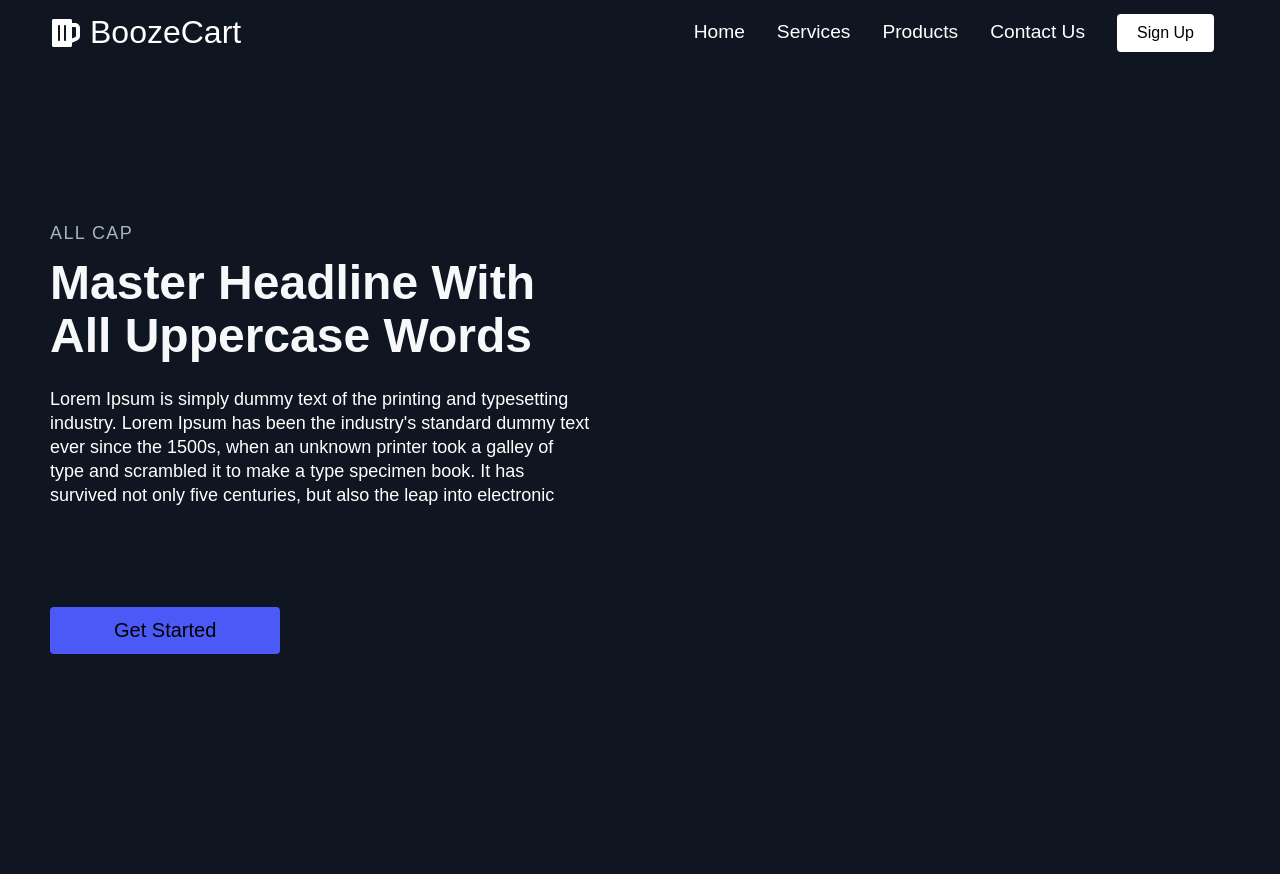
Repository: ajaygc95/Django-and-react
Page: / (app in galamart_sell/boozecart/)
An editor plug-in stored every save of this project. The page is shown before and after a run of saves, followed by the edit.
The browser window is 1280 px wide. The pictures show the whole page.
The project was rebuilt for these pictures with package versions that can differ from the ones it lists, and the page was loaded fresh each time.

Above is the page before, as saved 2021-04-13 00:10:30.

After the next 2 saves:
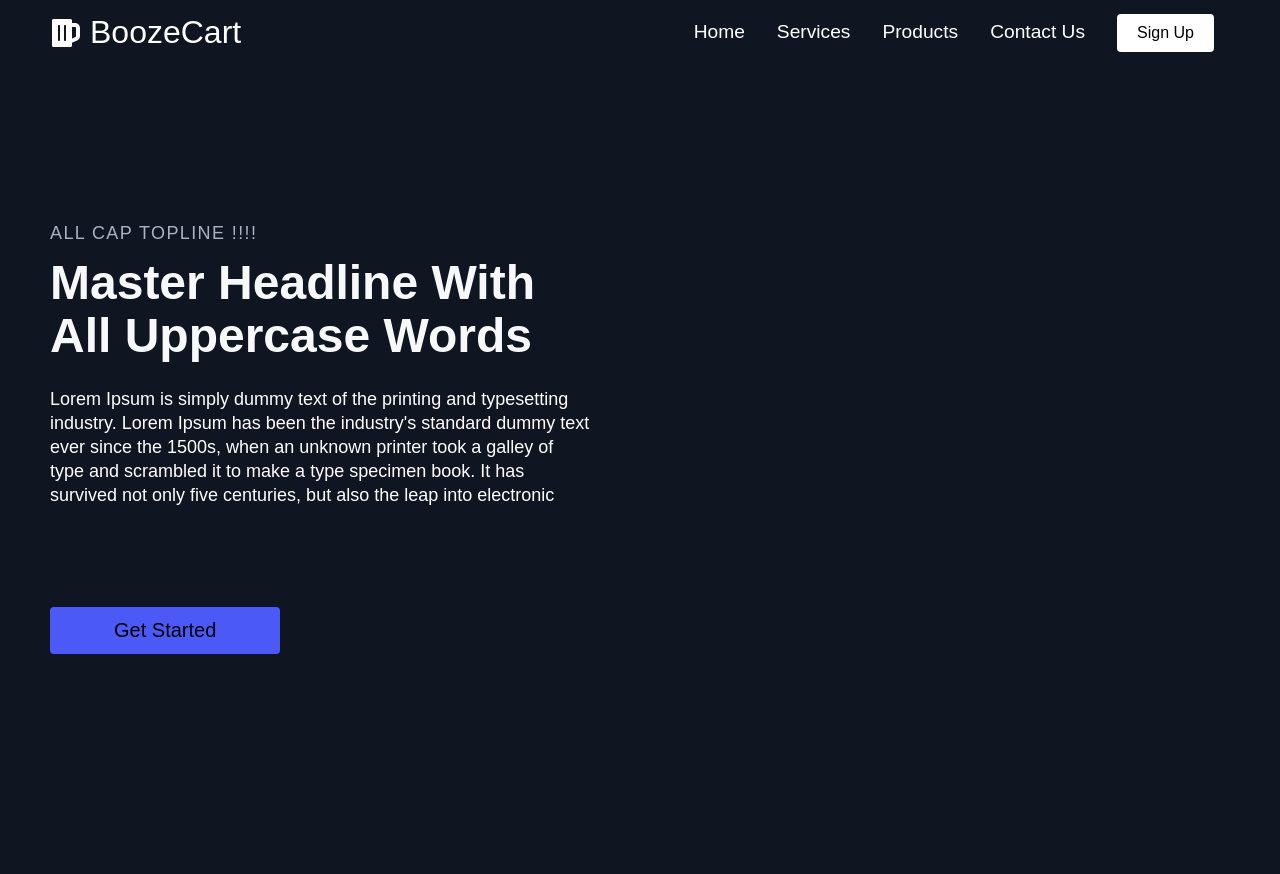
The 2 saves are shown as one change because they came seconds apart.
The last was saved 8 s later.
--- a/galamart_sell/boozecart/src/pages/HomePage/Data.js
+++ b/galamart_sell/boozecart/src/pages/HomePage/Data.js
@@ -10,5 +10,5 @@ export const homeObj = {
     "  Lorem Ipsum is simply dummy text of the printing and typesetting industry. Lorem Ipsum has been the industry's standard dummy text ever since the 1500s, when an unknown printer took a galley of type and scrambled it to make a type specimen book. It has survived not only five centuries, but also the leap into electronic ",
   headline: "Master Headline With All Uppercase Words",
   lightText: true,
-  topLine: "ALL CAP ",
+  topLine: "ALL CAP TOPLINE !!!!",
 };
